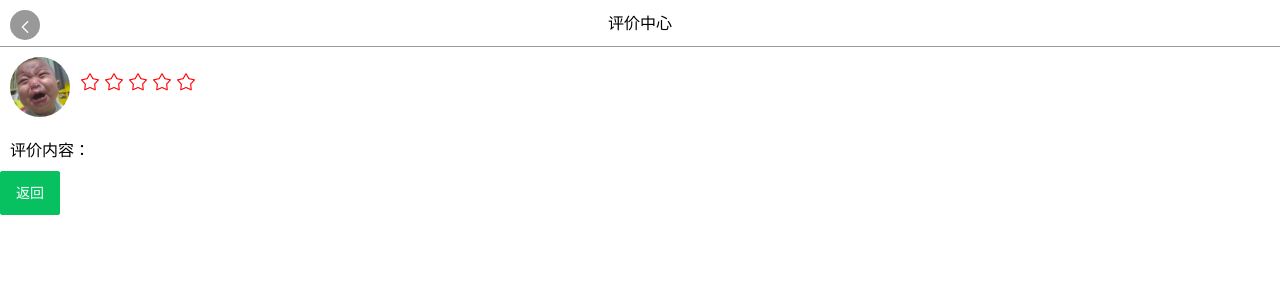
Repository: liuyangming111/mall
Page: /evaluaterr
These files come from the project's save history. The page is drawn as it stood at one moment and after a run of saves; the edit follows.
The browser window is 1280 px wide. The pictures show the whole page.
The page's requests for data from a server got no answer. The project was rebuilt for these pictures with package versions that can differ from the ones it lists, and the page was loaded fresh each time. No one was signed in, and anything a server would have sent is missing. Also part of the build but not shown: vue.config.js, src/components/bottom.vue, src/views/Home.vue.

Above is the page before, as saved 2020-07-30 17:57:49.

### src/main.js
import Vue from 'vue'
import App from './App.vue'
import router from './router'
import store from './store'
import api from './http/api'
import Vant from 'vant';
import 'vant/lib/index.css';
import { Dialog } from 'vant';
import { Toast } from 'vant';




Vue.use(Toast);
Vue.use(Dialog);
Vue.prototype.$api = api
Vue.use(Vant);
Vue.config.productionTip = false

//进入详情页
Vue.prototype.$toDetails=(id)=>{
  // console.log(id)
  router.push({
    path:'/details',
    query:{
      id:id,
    }
  })
}
Vue.prototype.$Pop_up=()=>{
  Dialog.confirm({
    title: '登录后才可以启用此功能',
    message: '是否跳转登录/注册页面',
  })
    .then(() => {
      // on confirm
      router.push('/login')
    })
    .catch(() => {
      // on cancel
    })
}
Vue.prototype.$Cart=(id)=>{
  Toast('加入购物车成功');
  // console.log(id)
  api.postaddShop({
    id:id
  })
}

new Vue({
  router,
  store,
  render: h => h(App)
}).$mount('#app')

### src/App.vue
<template>
  <div id="app">
    <router-view/>
  </div>
</template>

<style lang="scss">
*{
  margin: 0;
  padding: 0;
}
</style>

### src/router/index.js
import Vue from 'vue'
import VueRouter from 'vue-router'
import Home from '../views/Home.vue'

Vue.use(VueRouter)

  const routes = [
  {
    path: '',
    component: Home,
    children:[
      {
        path:'/',
        name:'mall',
        component:()=>import('../views/mall/mall.vue')
      },
      {
        path:'/classification',
        name:'classification',
        component:()=>import('../views/mall/classification.vue')
      },
      {
        path:'/Car',
        name:'Car',
        component:()=>import('../views/mall/Car.vue')
      },
      {
        path:'/my',
        name:'my',
        component:()=>import('../views/mall/my.vue')
      },
      {
        path:'/Carr',
        name:'Carr',
        component:()=>import('../views/mall/Carr.vue')
      }
    ]
  },
  {
    path:'/login',
    name:'login',
    component:()=>import('../views/login/login.vue')
  },
  {
    path:'/details',
    name:'details',
    component:()=>import('../views/details/details.vue')
  },
  {
    path:'/Collection',
    name:'Collection',
    component:()=>import('../views/Collection/Collection.vue')
  },
  {
    path:'/order',
    name:'order',
    component:()=>import('../views/order/order.vue')
  },
  {
    path:'/browse',
    name:'browse',
    component:()=>import('../views/browse/browse.vue')
  },
  {
    path:'/address',
    name:'address',
    component:()=>import('../views/address/address.vue')
  },
  {
    path:'/personal',
    name:'personal',
    component:()=>import('../views/personal/personal.vue')
  },
  {
    path:'/settlement',
    name:'settlement',
    component:()=>import('../views/settlement/settlement.vue')
  },
  {
    path:'/edit',
    naem:'edit',
    component:()=>import('../views/address/edit.vue')
  },
  {
    path:'/editr',
    naem:'editr',
    component:()=>import('../views/address/editr.vue')
  },
  {
    path:'/evaluate',
    name:'evaluate',
    component:()=>import('../views/evaluate/evaluate.vue')
  },
  {
    path:'/orderr',
    name:'orderr',
    component:()=>import('../views/order/orderr.vue')
  },
  {
    path:'/evaluater',
    name:'evaluater',
    component:()=>import('../views/evaluate/evaluater.vue')
  },
  {
    path:'/evaluaterr',
    name:'evaluaterr',
    component:()=>import('../views/evaluate/evaluaterr.vue')
  },
]

const router = new VueRouter({
  mode: 'history',
  base: process.env.BASE_URL,
  routes
})
const originalPush = VueRouter.prototype.push
VueRouter.prototype.push = function push(location) {
  return originalPush.call(this, location).catch(err => err)
}

export default router

### src/store/index.js
import Vue from 'vue'
import Vuex from 'vuex'

Vue.use(Vuex)

export default new Vuex.Store({
  state: {
    str:null
  },
  mutations: {
    setName(state,data){
      state.str=data
    }
  },
  actions: {
  },
  modules: {
  }
})

### src/http/api.js
import service from './index'

export default {
    //1:获取首页数据
    gethome_page() {
        return service.get('/recommend')
    },
    //2:搜索
    //参数: value: 搜索关键词
    postkey_word(value) {
        return service.post('/search', { value })
    },
    //3:分类查询
    //id:默认分类的id
    getclassification(id) {
        return service.get('/classification?mallSubId='+id)
    },
    //4:查询获取购物车数据
    postcar_data(id) {
        return service.post('/getCard', {id})
    },
    //5:购物车加减商品
    // count: 购物车数量
    // id: 商品id
    // mallPrice: 价格
    postcommodity({ count, id, mallPrice }) {
        return service.post('/editCart', { count, id, mallPrice })
    },
    //6:购物车商品删除
    //商品id(数组)
    postdelete1( id ) {
        return service.post('/deleteShop',  id )
    },
    //7:购物车支付页面
    // address:收货地址
    // tel:电话
    // orderId:所有商品的id(数组)
    // totalPrice:总价格
    // idDirect:用来判断是购物车结算还是直接购买(直接购买为true,购物车结算为false)
    // count:商品数量
    postpayment({ address, tel, orderId, totalPrice, idDirect, count }) {
        return service.post('/order', { address, tel, orderId, totalPrice, idDirect, count })
    },
    //8.单个商品详情
    //id:商品的id
    getdetails(id) {
        return service.get(`/goods/one?id=${id}`)
    },
    //9. 收藏单个商品
    //商品的详情信息(传商品对象)
    postcollection(item) {
        return service.post('/collection', item)
    },
    //10.取消收藏
    //id:商品的id
    postCollectionss({ id }) {
        return service.post('/cancelCollection', { id })
    },
    //11:查询商品是否已收藏
    //id:商品的id
    postCollections({ id }) {
        return service.post('/isCollection', { id })
    },
    //12. 加入购物车
    //id:商品的id
    postaddShop({ id }) {
        return service.post('/addShop', { id })
    },
    //13. 退出登录
    postloginOut() {
        return service.post('/loginOut', {})
    },
    //14. 获取用户信息
    postqueryUser() {
        return service.post('queryUser', {})
    },
    //15. 修改保存用户信息
    // gender: 性别
    // year: 年
    // month: 月
    // day: 日
    // id: 用户id
    // nickname: 昵称
    postsaveUser({ gender, year, month, day, id, nickname }) {
        return service.post('/saveUser', { gender, year, month, day, id, nickname })
    },
    //16. 商品评论
    // id: 商品cid
    // rate: 分数
    // content: 内容
    // anonymous: 是否匿名
    // _id: 商品的_id
    // order_id: 商品的order_id
    // image: []
    postcomment({ id, rate, content, anonymous, _id, order_id, image }) {
        return service.post('/goodsOne/comment', { id, rate, content, anonymous, _id, order_id, image })
    },
    //17. 获取登录注册默认验证码
    getverify() {
        return service.get('/verify')
    },
    //18. 查询用户收货地址
    getAddress() {
        return service.get('/getAddress')
    },
    //19. 查询默认收货地址
    getDefaultAddress() {
        return service.get('/getDefaultAddress')
    },
    //20. 设置默认收货地址
    //id: 地址id
    postsetDefaultAddress({ id }) {
        return service.post('setDefaultAddress', { id })
    },
    //21. 增加收货地址
    // name:用户名
    // tel:电话
    // address:(省+市+区+详情地址)
    // isDefault:是否默认
    // province:省
    // city:市
    // county:区
    // addressDetail:详情地址，
    // areaCode:地区代码
    // id:修改地址时候要传id
    postaddress({ name, tel, address, isDefault, province, city, county, addressDetail, areaCode, id }) {
        return service.post('/address', { name, tel, address, isDefault, province, city, county, addressDetail, areaCode, id })
    },
    //22. 删除地址
    //id:地址_id
    postdeleteAddress({ id }) {
        return service.post('/deleteAddress', { id })
    },
    //23. 注册
    // nickname:用户名
    // password:密码
    // verify:验证码
    postregister({ nickname, password, verify }) {
        return service.post('/register', { nickname, password, verify })
    },
    //24. 登录
    // nickname: 用户名
    // password:密码
    // verify:验证码
    postlogin({ nickname, password, verify }) {
        return service.post('/login', { nickname, password, verify })
    },
    //25. 订单查询
    getMyOrder() {
        return service.get('/myOrder')
    },
    //26. 查询已评价
    getevaluate() {
        return service.get('/alreadyEvaluated')
    },
    //27. 查询未评价
    getevaluates() {
        return service.get('/tobeEvaluated')
    },
    //28. 查询单条评论
    //id:商品id
    //_id:数据库的那条id
    postevaluateOne({ id, _id }) {
        return service.post('/evaluateOne', { id, _id })
    },
    //查看收藏
    getCollectionList(){
        return service.get('/collection/list')
     },
}

### src/views/evaluate/evaluaterr.vue
<template>
 <div>
    <div class="return" @click="returns">
      <van-icon name="arrow-left" />
    </div>
    <div class="evaluate">评价中心</div>
    <div class="information">
       <div class="head_portrait"></div>
       <div>
          <div v-if='user.length>0'>{{user[0].nickname}}</div>
          <div class="score"><van-rate v-model="evaluateOne.rate" disabled disabled-color="red"/></div>
       </div>
       <div>{{evaluateOne.comment_time}}</div>
    </div>
    <div class="center">评价内容：{{evaluateOne.content}}</div>
    <div v-if="goods.length>0" class="cente">
        <div><img :src="goods[0].image" alt="" class="img"></div>
        <div>{{goods[0].name}}</div>
        <div class="Cart"><van-icon name="shopping-cart-o" size="20px"/></div>
    </div>
    <div class="retur"><van-button type="primary" class="returer">返回</van-button></div>
 </div>
</template>

<script>
 export default {
   name: '',
   props: {
   },
   components: {

   },
   data () {
     return {
         id:'',
         _id:'',
         evaluateOne:[],
         user:[],
         goods:[]
     }
   },
   methods: {
       returns() {
      this.$router.go(-1);
    },
   },
   mounted() {
       this.id=this.$route.query.id,
       this._id=this.$route.query._id,
    //    console.log(this.id)
       this.$api.postevaluateOne({
            id:this.id,
            _id:this._id
       }).then(res=>{
           if(res.code===200){
               this.evaluateOne=res.evaluateOne
               this.user=res.evaluateOne.user
               this.goods=res.evaluateOne.goods
           }
           console.log(this.goods)
       }).catch(err=>{
           console.log(err)
       })
   },
   watch: {

   },
   computed: {

   }
 }
</script>

<style scoped>
.return {
  width: 30px;
  height: 30px;
  border-radius: 50%;
  background-color: #999;
  text-align: center;
  line-height: 35px;
  position: absolute;
  top: 10px;
  left: 10px;
  z-index: 2;
  color: white;
}
.evaluate {
  text-align: center;
  line-height: 46px;
  height: 46px;
  border-bottom: 1px solid #999;
}
.head_portrait{
    width: 60px;
    height: 60px;
    background-image: url('../../../img/tx.jpg');
    background-size: 100% 100%;
    border-radius: 50%;
}
.information{
    display: flex;
}
.information>div:nth-child(1){
    margin: 10px;
}
.information>div:nth-child(2){
    margin: 15px 0;
}
.score{
    margin-top: 10px;
}
.information>div:nth-child(3){
    margin: 30px 5px 0 20px;
    color: rgb(107, 104, 104);
}
.center{
    margin: 10px;
}
.cente{
    display: flex;
    margin-top: 50px;
}
.cente div:nth-child(2){
    margin: 10px 0 0 5px;
}
.img{
    width: 80px;
}
.Cart{
    width: 40px;
    height: 40px;
    background-color: sandybrown;
    border-radius: 50%;
    text-align: center;
    line-height: 46px;
    color:rgb(247, 245, 245);
    margin: 20px 0 10px 30px;
}
.retur{

}
</style>

### src/http/index.js
import axios from 'axios'
const service = axios.create({
    baseURL: '/api',
    timeout: 5000
})

service.interceptors.response.use((res) => {
    return res.data
}, err => {
    console.log(err)
})

export default service

Loaded but not shown: public/index.html (common file)

After the next 3 saves:
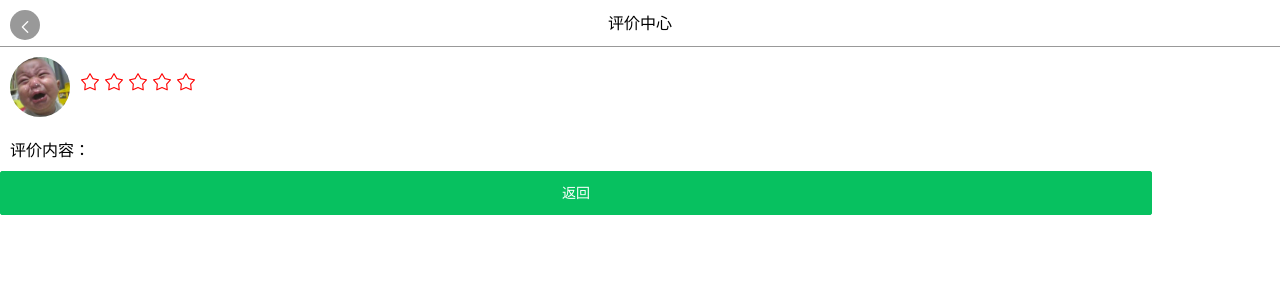
The 3 saves are shown as one change because they came seconds apart.
The last was saved 10 s later.
--- a/src/views/evaluate/evaluaterr.vue
+++ b/src/views/evaluate/evaluaterr.vue
@@ -140,4 +140,8 @@
 .retur{
 
 }
+.returer{
+    width: 90%;
+
+}
 </style>
